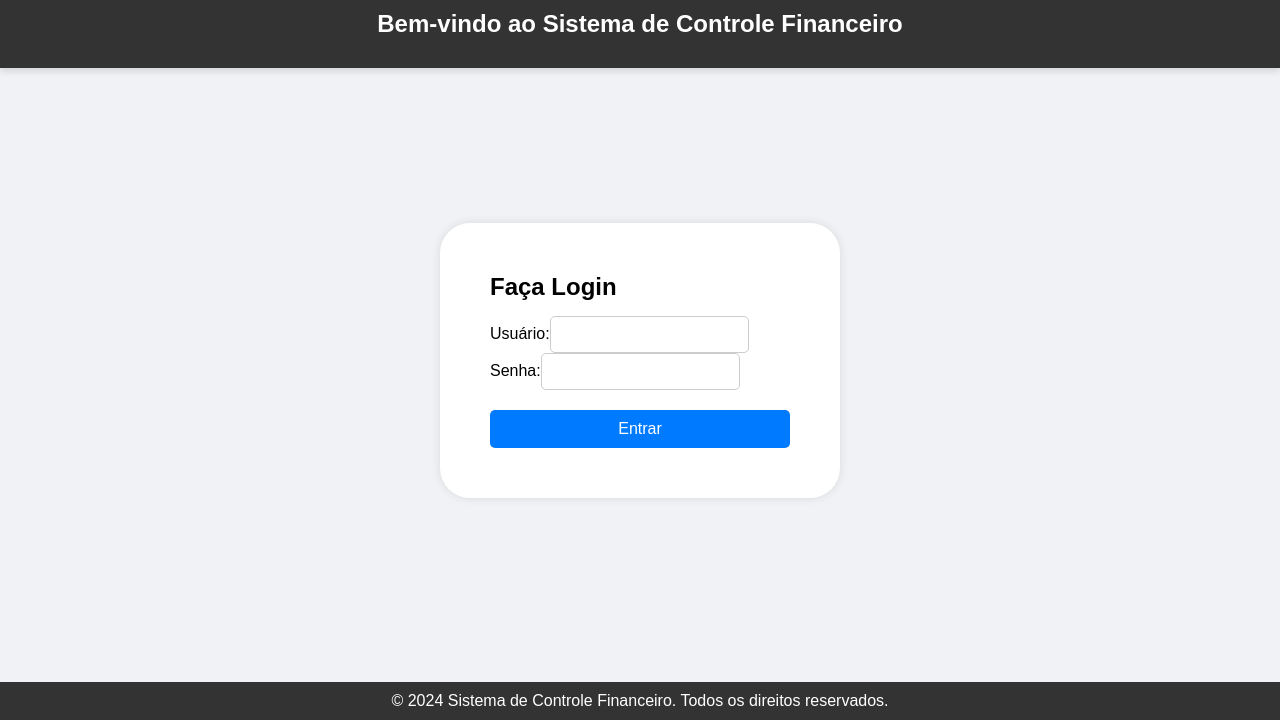
Repository: LucasMontalvao1/ProjetoMaxima
Page: / (app in AngularMaxima/)
An editor plug-in stored every save of this project. The page is shown before and after the next save, followed by the edit.
The browser window is 1280 px wide. The pictures show the whole page.
The project was rebuilt for these pictures with package versions that can differ from the ones it lists, and the page was loaded fresh each time. Also part of the build but not shown: AngularMaxima/angular.json, AngularMaxima/src/app/pages/home/home.component.ts.

Above is the page before, as saved 2024-07-14 18:12:24.

### AngularMaxima/src/index.html
<!doctype html>
<html lang="en">
<head>
  <meta charset="utf-8">
  <title>AngularMaxima</title>
  <base href="/">
  <meta name="viewport" content="width=device-width, initial-scale=1">
  <link rel="icon" type="image/x-icon" href="favicon.ico">
</head>
<body>
  <app-root></app-root>
</body>
</html>

### AngularMaxima/src/styles.css
* {
  margin: 0;
  padding: 0;
  box-sizing: border-box;
}

body, html {
  height: 100%;
  font-family: Arial, sans-serif;
  background-color: #f0f2f5;
}

.main-container {
  display: flex;
  flex-direction: column;
  height: 100%;
}

.content {
  flex: 1;
  display: flex;
  justify-content: center;
  align-items: center;
  padding: 20px;
  margin-top: 80px;
  margin-bottom: 40px;
}

.header {
  width: 100%;
  background-color: #007bff;
  color: #fff;
  padding: 20px 0;
  text-align: center;
  box-shadow: 0 4px 6px rgba(0, 0, 0, 0.1);
  position: fixed;
  top: 0;
  left: 0;
  z-index: 1000;
}

.header h1 {
  margin: 0;
  font-size: 24px;
}

.footer {
  width: 100%;
  background-color: #f8f9fa;
  color: #777;
  padding: 10px 0;
  text-align: center;
  position: fixed;
  bottom: 0;
  left: 0;
  z-index: 1000;
}

### AngularMaxima/src/app/app.module.ts
import { NgModule } from '@angular/core';
import { BrowserModule } from '@angular/platform-browser';

import { AppRoutingModule } from './app-routing.module';
import { AppComponent } from './app.component';
import { LoginComponent } from './pages/login/login.component';
import { ReactiveFormsModule } from '@angular/forms';
import { HttpClientModule } from '@angular/common/http';
import { AuthService } from './services/auth.service';

@NgModule({
  declarations: [
    AppComponent,
    LoginComponent,

  ],
  imports: [
    BrowserModule,
    AppRoutingModule,
    ReactiveFormsModule,
    HttpClientModule
  ],
  providers: [AuthService],
  bootstrap: [AppComponent]
})
export class AppModule { }

### AngularMaxima/src/app/app-routing.module.ts
import { NgModule } from '@angular/core';
import { RouterModule, Routes } from '@angular/router';
import { LoginComponent } from './pages/login/login.component';
import { HomeComponent } from './pages/home/home.component';

const routes: Routes = [
  { path: '', redirectTo: '/login', pathMatch: 'full'},
  { path: 'login', component: LoginComponent},
  { path: 'home', component: HomeComponent}
];

@NgModule({
  imports: [RouterModule.forRoot(routes)],
  exports: [RouterModule]
})
export class AppRoutingModule { }

### AngularMaxima/src/app/app.component.ts
import { Component } from '@angular/core';

@Component({
  selector: 'app-root',
  templateUrl: './app.component.html',
  styleUrls: ['./app.component.css']
})
export class AppComponent {
  title = 'AngularMaxima';
}

### AngularMaxima/src/app/pages/login/login.component.ts
import { Component } from '@angular/core';
import { FormBuilder, FormGroup, Validators } from '@angular/forms';
import { Router } from '@angular/router';
import { AuthService } from '../../services/auth.service';

@Component({
  selector: 'app-login',
  templateUrl: './login.component.html',
  styleUrls: ['./login.component.css']
})
export class LoginComponent {

  loginForm: FormGroup;
  errorMessage: string = '';

  constructor(
    private formBuilder: FormBuilder,
    private router: Router,
    private authService: AuthService
  ) {
    this.loginForm = this.formBuilder.group({
      username: ['', Validators.required],
      password: ['', Validators.required]
    });
  }

  onSubmit() {
    if (this.loginForm.valid) {
      const { username, password } = this.loginForm.value;

      this.authService.login(username, password).subscribe(
        (response) => {
          console.log('Resposta do login:', response);

          // Verifica se o login foi bem-sucedido (pode variar dependendo da resposta do backend)
          if (response) {
            console.log('Login bem-sucedido!');
            this.router.navigate(['/home']); // Redireciona para a página inicial após login bem-sucedido
          } else {
            console.error('Credenciais inválidas');
            this.errorMessage = 'Credenciais inválidas. Por favor, tente novamente.';
          }
        },
        (error) => {
          console.error('Erro no login:', error);
          this.errorMessage = 'Erro ao realizar login. Por favor, tente novamente mais tarde.';
        }
      );
    } else {
      console.error('Formulário inválido. Verifique os campos.');
      this.errorMessage = 'Por favor, preencha corretamente o usuário e senha.';
    }
  }
}

### AngularMaxima/src/app/services/auth.service.ts
import { Injectable } from '@angular/core';
import { HttpClient } from '@angular/common/http';
import { Observable } from 'rxjs';
import { environment } from '../../../src/environments/environment';

@Injectable({
  providedIn: 'root'
})
export class AuthService {

  private apiUrl = environment.apiUrl;

  constructor(private http: HttpClient) { }

  login(username: string, password: string): Observable<any> {
    const body = { username, password };
    return this.http.post<any>(`${this.apiUrl}/login`, body, { responseType: 'text' as 'json' });
  }
}

### AngularMaxima/src/app/pages/login/login.component.html
<div class="container">
  <header class="header">
    <h1 class="titulo">Bem-vindo ao Sistema de Controle Financeiro</h1>
  </header>

  <div class="main-content">
    <div class="login-form">
      <h2 class="form-title">Faça Login</h2>
      <form class="form-login" [formGroup]="loginForm" (ngSubmit)="onSubmit()">
        <div class="form-group">
          <label for="username">Usuário:</label>
          <input type="text" id="username" formControlName="username">
        </div>

        <div class="form-group">
          <label for="password">Senha:</label>
          <input type="password" id="password" formControlName="password">
        </div>

        <button type="submit">Entrar</button>
        <div class="error-message" *ngIf="errorMessage">{{ errorMessage }}</div>
      </form>
    </div>
  </div>

  <footer class="footer">
    <p>&copy; 2024 Sistema de Controle Financeiro. Todos os direitos reservados.</p>
  </footer>
</div>

### AngularMaxima/src/app/pages/login/login.component.css
* {
  margin: 0;
  padding: 0;
  box-sizing: border-box;
}

body {
  font-family: Arial, sans-serif;
  background-color: #f0f0f0;
}

.container {
  display: flex;
  flex-direction: column;
  justify-content: space-between;
  min-height: 100vh;

}

.titulo {
  margin: auto;
  margin-bottom: 20px;
}
.header, .footer {
  background-color: #333;
  color: white;
  text-align: center;
  padding: 10px 0;
}

.header {
  position: fixed;
  top: 0;
  width: 100%;
}

.main-content {
  flex: 1;
  display: flex;
  justify-content: center;
  align-items: center;
}

.login-form {
  background-color: white;
  padding: 50px;
  border-radius: 30px;
  box-shadow: 0 0 10px rgba(0, 0, 0, 0.1);
  display: flex;
  flex-direction: column;
  gap: 15px;
  width: 100%;
  max-width: 400px;
}

.form-login {
  display: flex;
  flex-direction: column;
}

.form-login label {
  margin-bottom: 8px;
  margin-top: 8px;
}

.form-login input {
  padding: 10px;
  border-radius: 5px;
  border: 1px solid #ccc;
}

button {
  margin-top: 20px;
  padding: 10px 20px;
  background-color: #007BFF;
  color: white;
  border: none;
  border-radius: 5px;
  cursor: pointer;
  font-size: 1rem;
  transition: background-color 0.3s ease;
}

button:hover {
  background-color: #0056b3;
}

.error-message {
  color: red;
  font-size: 0.9rem;
  margin-top: 5px;
}

.footer {
  position: fixed;
  bottom: 0;
  width: 100%;
  background-color: #333;
  color: white;
  text-align: center;
  padding: 10px 0;
}

### AngularMaxima/src/environments/environment.ts
export const environment = {
  production: false,
  apiUrl: 'https://localhost:7041'
};

Loaded but not shown: AngularMaxima/src/main.ts (common file); AngularMaxima/src/app/app.component.html (common file); AngularMaxima/src/app/app.component.css (no stored copy; drawn as an empty file)

After the next save:
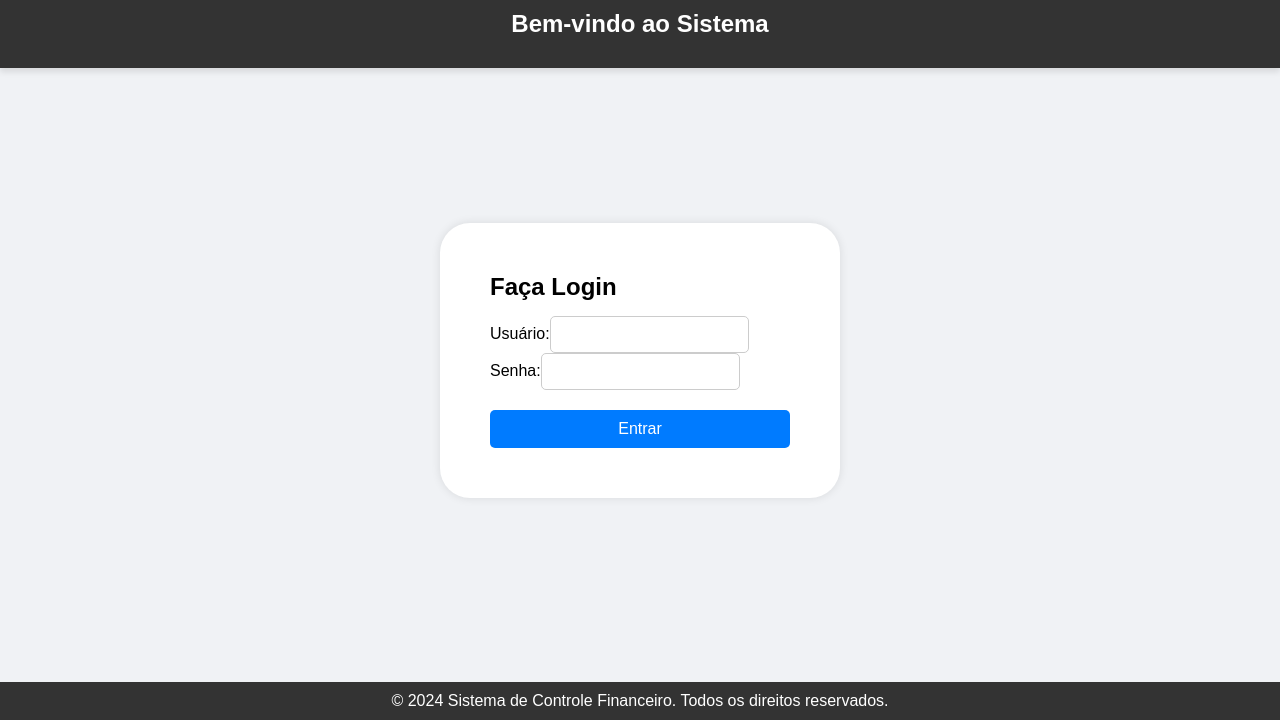
Saved 6 s later.
--- a/AngularMaxima/src/app/pages/login/login.component.html
+++ b/AngularMaxima/src/app/pages/login/login.component.html
@@ -1,6 +1,6 @@
 <div class="container">
   <header class="header">
-    <h1 class="titulo">Bem-vindo ao Sistema de Controle Financeiro</h1>
+    <h1 class="titulo">Bem-vindo ao Sistema</h1>
   </header>
 
   <div class="main-content">
